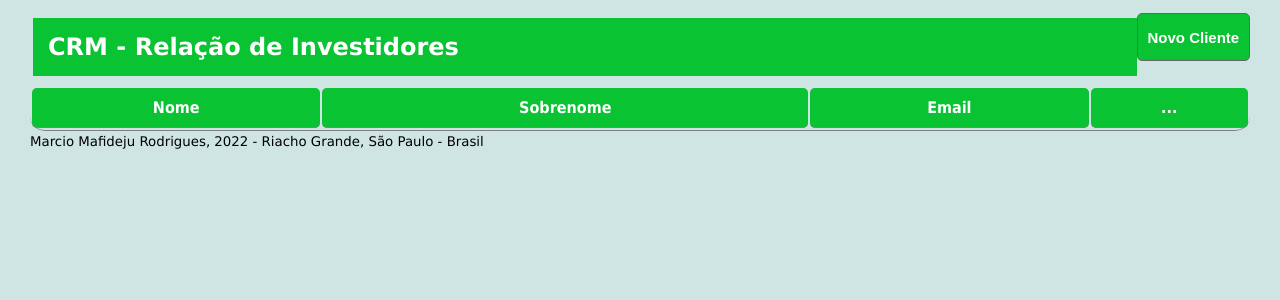
Repository: mafideju/CustomerTracker
Page: http://localhost/web-customer-tracker/WEB-INF/view/list-customers.jsp
These files come from the project's save history. The page is drawn as it stood at one moment and after the next save; the edit follows.
The browser window is 1280 px wide. The pictures show the whole page.
The page is served by Tomcat 9. Nobody is signed in. Other server files are loaded and not shown. The template is opened directly, without the code that normally fills it, so the values that code supplies are empty.

Above is the page before, as saved 2022-01-27 16:05:15.

### web-customer-tracker/WebContent/WEB-INF/view/list-customers.jsp
<%@ taglib uri="http://java.sun.com/jsp/jstl/core" prefix="c" %>
<%@ taglib prefix="form" uri="http://www.springframework.org/tags/form" %>

<!DOCTYPE html>
<html>
	<head>
		<title>Lista de Investidores</title>
		<link type="text/css" rel="stylesheet" href="${pageContext.request.contextPath}/resources/css/style.css">
	</head>

	<body>
		<main>

			<div id="wrapper"  style="display: flex; justify-content: center;">
				<div id="header">
					<h2>CRM - Relação de Investidores</h2>
				</div>
				<input type="button"
					value="Novo Cliente"
					onclick="window.location.href='showAddForm'; return false;"
					class="add-button" />
			</div>

			<div id="container">
				<div id="content">



					<table>
						<tr>
							<th>Nome</th>
							<th>Sobrenome</th>
							<th>Email</th>
							<th>...</th>
						</tr>

						<c:forEach var="customer" items="${customers}">
							<c:url var="updateLink" value="/customer/showUpdateForm">
								<c:param name="customerId" value="${customer.id}" />
							</c:url>
							<c:url var="deleteLink" value="/customer/delete">
								<c:param name="customerId" value="${customer.id}" />
							</c:url>
							<tr>
								<td>${customer.firstName}</td>
								<td>${customer.lastName}</td>
								<td>${customer.email}</td>
								<td><a href="${updateLink}">Atualizar</a> | <a href="${deleteLink}" onclick="if(!(confirm('Quer deletar mesmo esse cliente?')))return false;">Delete</a></td>
							</tr>
						</c:forEach>

					</table>
				</div>
			</div>

		</main>
		<footer>
			<small>Marcio Mafideju Rodrigues, 2022 - Riacho Grande, São Paulo - Brasil</small>
		</footer>
	</body>
</html>

### web-customer-tracker/WebContent/resources/css/style.css
html, body{
	margin-left:15px;
	margin-right:15px;
	padding:0px;
	font-family:Verdana, Arial, Helvetica, sans-serif;
	background-color: #cee5e4;
}

table {
	border-radius: 15px;
	border-bottom:1px solid gray;
	font-family: Tahoma,Verdana,Segoe,sans-serif;
	width:100%;
}

th {
	border-bottom:1px solid gray;
	background:none repeat scroll 0 0 #09c332;
	padding:10px;
	color: #FFFFFF;
	border-radius: 5px;
}

tr {
	border-top:1px solid gray;
	text-align:center;
}

tr:nth-child(even) {background: #FFFFFF;}
tr:nth-child(odd) {background: #BBBBBB;}

.add-button {
	background: #09c332;
	border: 1px solid #666;
	border-radius: 5px;
	color: white;
	font-size: 15px;
	font-weight: bold;
	margin-bottom: 15px;
	margin-top: 5px;
	padding: 5px 10px;
	padding: 4px;
	width: 120px;
}

#wrapper {
	width: 100%;
	margin-top: 0px;
}

#header {
	width: 95%;
	background: #09c332;
	margin-left: 3px;
	margin-top: 10px;
	padding:15px 0px 15px 15px;
}

#header h2 {
	width: 100%;
	margin:auto;
	color: #FFFFFF;
}

#container {
	width: 100%;
	margin: auto
}

#container h3 {
	color: #000;
}

#container #content {
	margin-top: 10px;
}

After the next save:
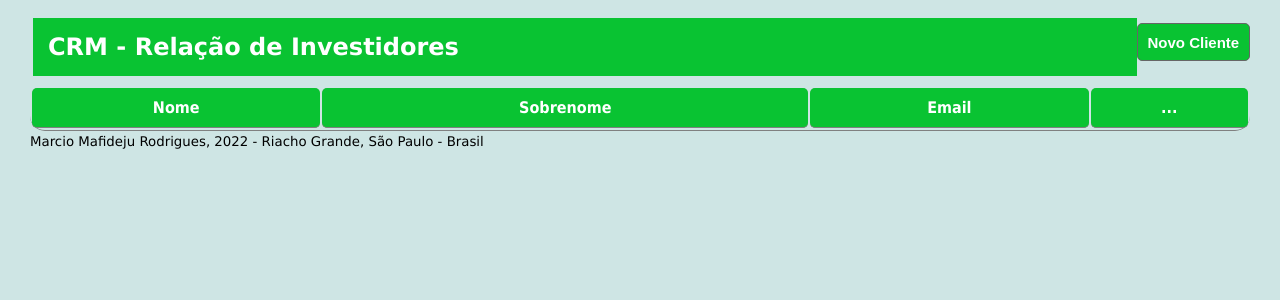
Saved 17 s later.
--- a/web-customer-tracker/WebContent/resources/css/style.css
+++ b/web-customer-tracker/WebContent/resources/css/style.css
@@ -37,7 +37,7 @@ tr:nth-child(odd) {background: #BBBBBB;}
 	font-size: 15px;
 	font-weight: bold;
 	margin-bottom: 15px;
-	margin-top: 5px;
+	margin-top: 15px;
 	padding: 5px 10px;
 	padding: 4px;
 	width: 120px;
